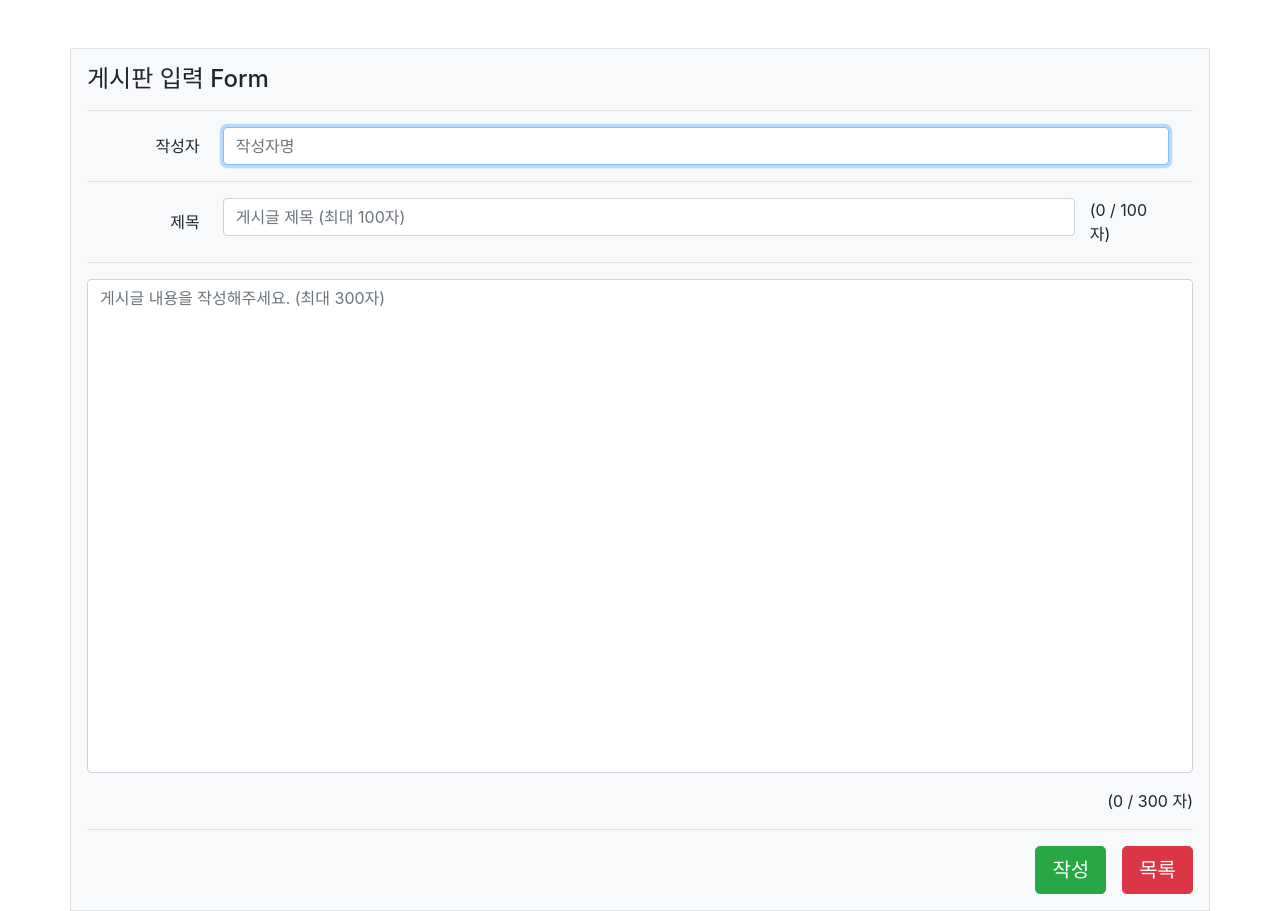
Repository: rasz60/ezen
Page: http://localhost/jspMVC/
These files come from the project's save history. The page is drawn as it stood at one moment and after the next save; the edit follows.
The browser window is 1280 px wide. The pictures show the whole page.
Some web libraries are served in a nearby version. The page is served by Tomcat 9.

Above is the page before, as saved 2022-02-15 01:37:43.

After the next save:
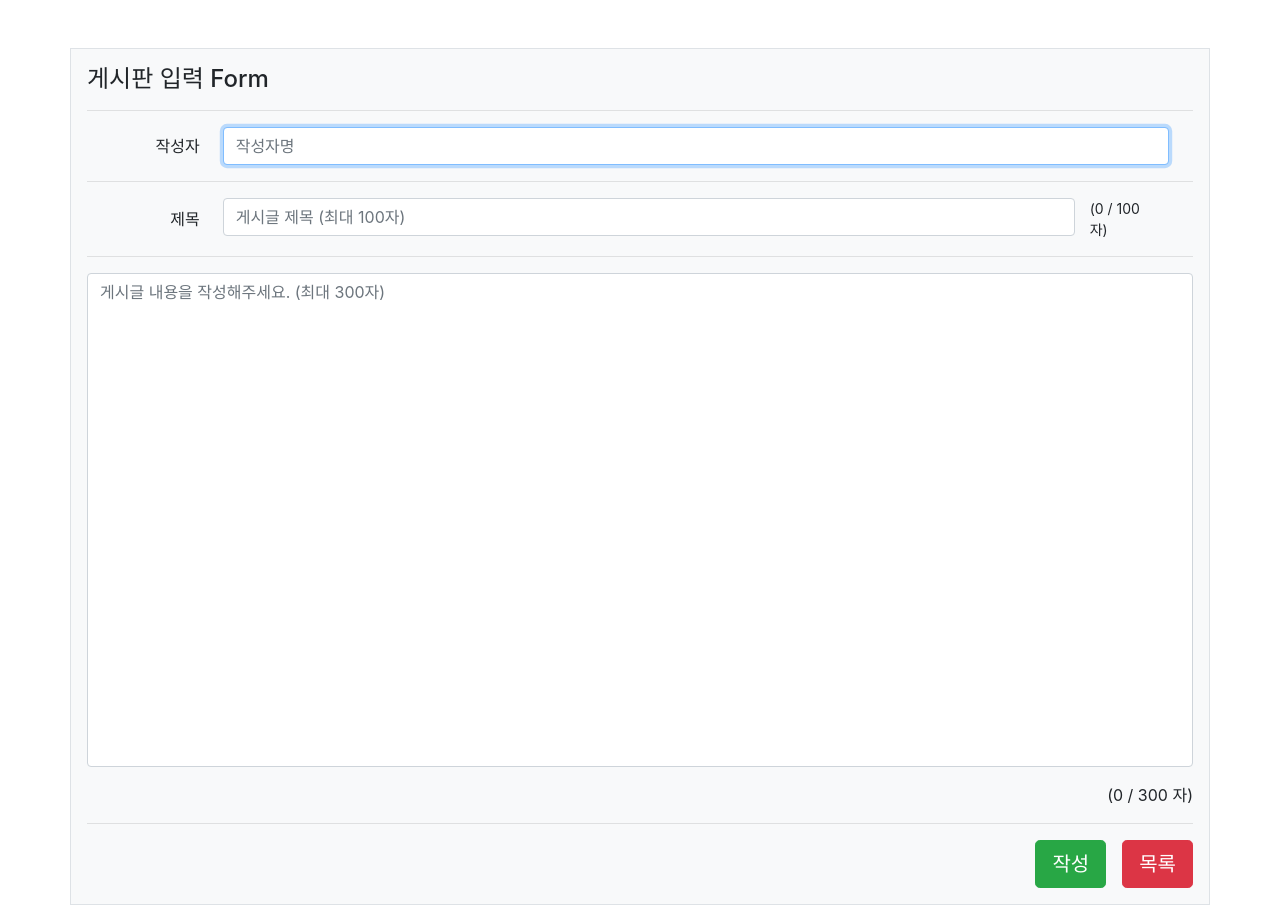
Saved 13 s later.
--- a/04_jsp_servlet-workspace/jspMVC/src/main/webapp/writeForm.jsp
+++ b/04_jsp_servlet-workspace/jspMVC/src/main/webapp/writeForm.jsp
@@ -48,7 +48,7 @@ textarea {
 		<div class="form-group row">
 			<label for="bTitle" class="col-1 text-right ml-5 mr-2 my-auto">제목</label>
 			<input type="text" name="bTitle" id="bTitle" class="form-control col-9" placeholder="게시글 제목 (최대 100자)"/>
-			<span class="d-flex col-1">(0 / 100 자)</span>
+			<small class="d-flex col-1">(0 / 100 자)</small>
 		</div>
 		<hr />
 		<div class="form-group text-center">
